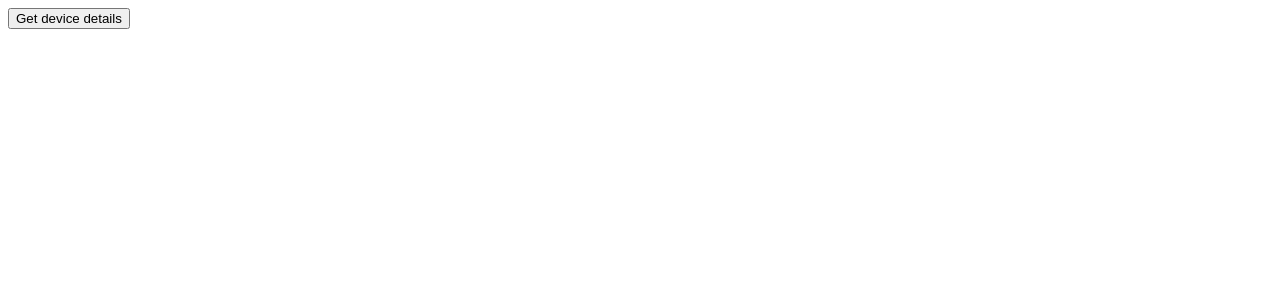
Repository: anjandash/authpass
Page: index.html
An editor plug-in stored every save of this project. The page is shown before and after the next save, followed by the edit.
The browser window is 1280 px wide. The pictures show the whole page.

Above is the page before, as saved 2021-11-12 21:01:44.

After the next save:
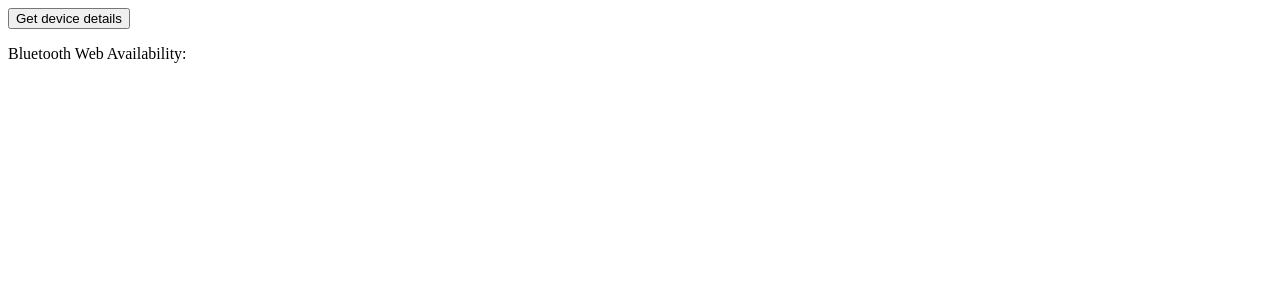
Saved 50 s later.
--- a/index.html
+++ b/index.html
@@ -10,6 +10,10 @@
     <button id="getDetails">Get device details</button>
     <div id="details"></div>
 
+    <div>
+        <p>Bluetooth Web Availability: </p>
+    </div>
+
     <script src="script.js"></script>
   </body>
 </html>
